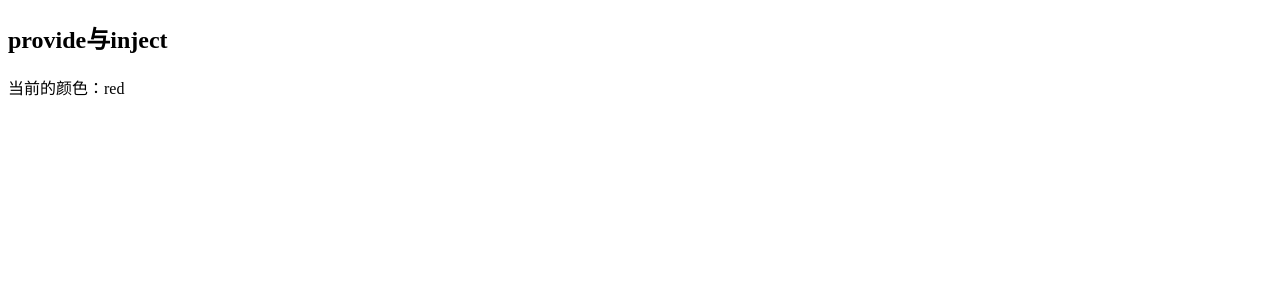
Repository: zhuhongxiang/Vue3.0-TSLeaning
Page: / (app in 04_Vue3/vue3_learning/)
An editor plug-in stored every save of this project. The page is shown before and after the next save, followed by the edit.
The browser window is 1280 px wide. The pictures show the whole page.
The project was rebuilt for these pictures with package versions that can differ from the ones it lists, and the page was loaded fresh each time.

Above is the page before, as saved 2021-07-27 17:01:45.

### 04_Vue3/vue3_learning/src/main.ts
// 程序的主入口文件，ts文件，是main.ts
// 引入createApp函数，创建对应的应用产生应用的实例对象
import { createApp } from 'vue'
// 引入App组件（所有组件的父级组件）
import App from './App.vue'
// 创建App应用返回对应的实例对象，调用mount方法进行挂载
createApp(App).mount('#app')

### 04_Vue3/vue3_learning/src/App.vue
<template>
  <h2>provide与inject</h2>
  <p>当前的颜色：{{ color }}</p>
</template>

<script lang='ts'>
import { defineComponent, reactive, ref } from "vue";
export default defineComponent({
  name: "App",
  props: {},
  components: {},
  setup() {
    const color = ref("red");
    return {
      color,
    };
  },
});
</script>

<style scoped>
</style>

Loaded but not shown: 04_Vue3/vue3_learning/public/index.html (common file)

After the next save:
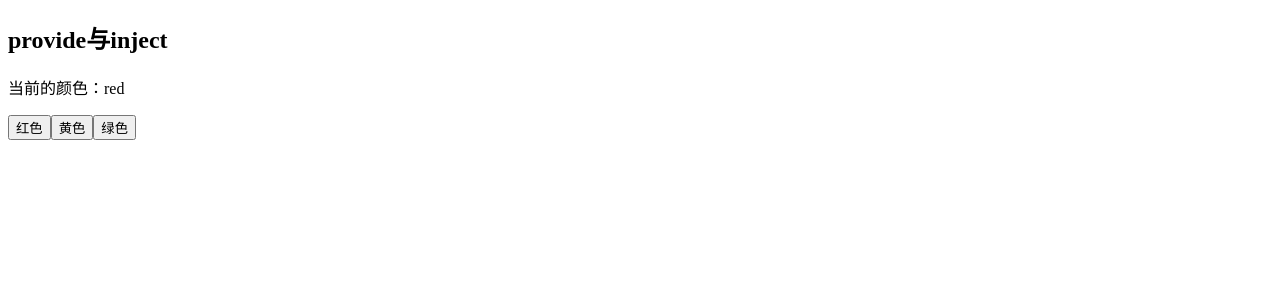
Saved 89 s later.
--- a/04_Vue3/vue3_learning/src/App.vue
+++ b/04_Vue3/vue3_learning/src/App.vue
@@ -1,6 +1,9 @@
 <template>
   <h2>provide与inject</h2>
   <p>当前的颜色：{{ color }}</p>
+  <button @click="color = 'red'">红色</button>
+  <button @click="color = 'yellow'">黄色</button>
+  <button @click="color = 'green'">绿色</button>
 </template>
 
 <script lang='ts'>
